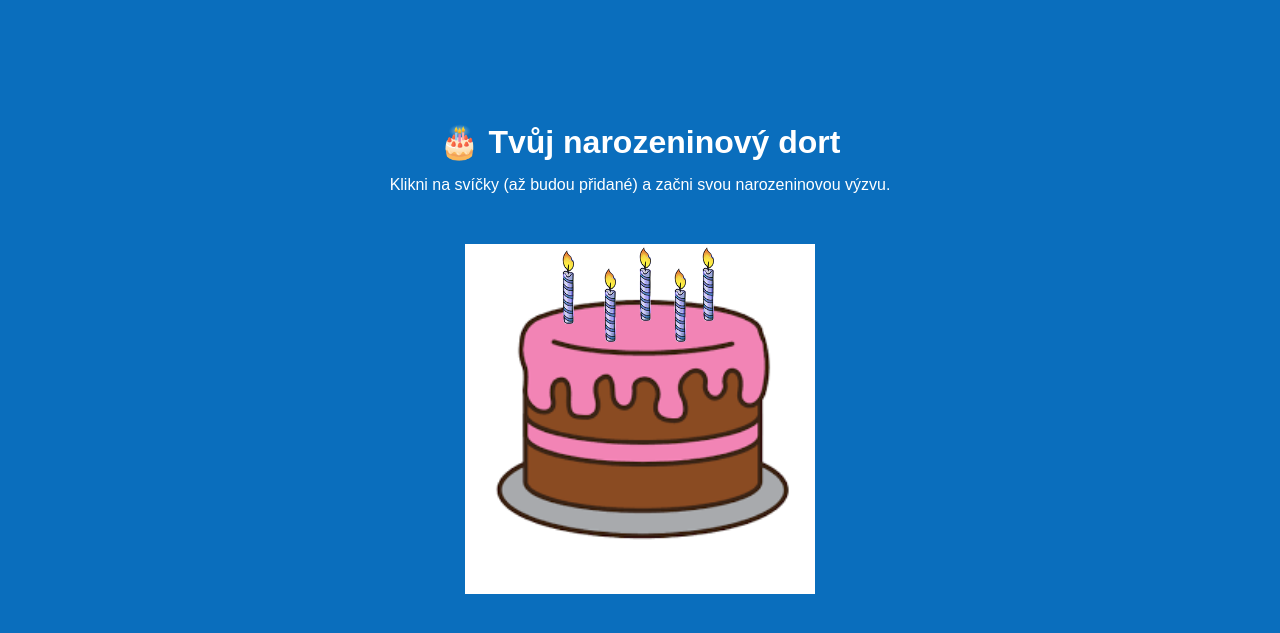
Repository: DanielMicka/darek
Page: cake.html
The author's editor kept a copy of each file at every save. The page is drawn from the files as they stood at one save, then again after the next save.
The browser window is 1280 px wide. The pictures show the whole page.

Above is the page before, as saved 2026-06-13 22:04:00.

### cake.html
<!DOCTYPE html>
<html lang="cs">

<head>
    <meta charset="UTF-8">
    <title>Dort 🎂</title>
    <link rel="stylesheet" href="styles.css">
</head>

<body>

    <div class="container fade">

        <h2>🎂 Tvůj narozeninový dort</h2>

        <p>Klikni na svíčky (až budou přidané) a začni svou narozeninovou výzvu.</p>

        <div class="cake-wrapper" style="margin-top: 50px;">
            <img src="cake.png" class="cake">

            <!-- Svíčka 1 -->
            <img src="svíčka_ende.png" class="candle c1" data-id="1">

            <!-- Svíčka 2 -->
            <img src="svíčka_ende.png" class="candle c2" data-id="2">

            <!-- Svíčka 3 -->
            <img src="svíčka_ende.png" class="candle c3" data-id="3">

            <!-- Svíčka 4 -->
            <img src="svíčka_ende.png" class="candle c4" data-id="4">

            <!-- Svíčka 5 -->
            <img src="svíčka_ende.png" class="candle c5" data-id="5">
        </div>

        <button id="wish-btn" class="btn" style="display:none; margin-top:30px;">
            Přáníčko 🎁
        </button>


    </div>




</body>
<script>
    document.getElementById("wish-btn").onclick = () => {
        window.location.href = "pranicko.html";
    };
    // Počet svíček
    const totalCandles = 5;

    // Propojení svíček s otázkami
    document.querySelectorAll(".candle").forEach(candle => {
        let id = candle.dataset.id;

        candle.onclick = () => {
            window.location.href = `q${id}.html`;
        };
    });

    // Po načtení stránky nastavíme sfouknuté svíčky
    for (let i = 1; i <= totalCandles; i++) {
        if (localStorage.getItem("candle" + i) === "true") {
            const c = document.querySelector(`.candle[data-id="${i}"]`);
            if (c) c.src = "svíčka-ohen.png"; // tvoje sfouknutá verze
        }
    }

    // Kontrola, zda jsou všechny hotové
    function checkAllDone() {
        let done = 0;

        for (let i = 1; i <= totalCandles; i++) {
            if (localStorage.getItem("candle" + i) === "true") {
                done++;
            }
        }

        if (done === totalCandles) {
            document.getElementById("wish-btn").style.display = "block";
        }
    }

    checkAllDone();
</script>


</html>

### styles.css
/* Reset */
* {
    margin: 0;
    padding: 0;
    box-sizing: border-box;
}

body {
    font-family: "Poppins", sans-serif;
    background: #0A6EBD; /* oceánově modrá */
    color: white; /* ať je text čitelný */
    display: flex;
    justify-content: center;
    align-items: center;
    min-height: 100vh;
    text-align: center;
    padding: 20px;
}
.answer {
    padding: 15px;
    background: rgba(255, 255, 255, 0.85); /* světlé, průhledné */
    color: #000; /* černý text */
    border-radius: 10px;
    cursor: pointer;
    transition: 0.2s;
}


/* Kontejner pro obsah */
.container {
    max-width: 700px;
    width: 100%;
}

/* Obrázky */
img {
    max-width: 100%;
    height: auto;
}

/* Tlačítko */
.btn {
    margin-top: 35px;
    padding: 15px 35px;
    font-size: 1.2rem;
    border: none;
    border-radius: 30px;
    background: #4aa3ff;
    color: white;
    cursor: pointer;
    transition: 0.3s;
}

.btn:hover {
    background: #1f8bff;
    transform: scale(1.05);
}

/* Nadpisy */
h1 {
    font-size: 2.6rem;
    margin-bottom: 15px;
}

h2 {
    font-size: 2rem;
    margin-bottom: 15px;
}

/* Animace */
@keyframes fadeIn {
    from { opacity: 0; transform: translateY(20px); }
    to   { opacity: 1; transform: translateY(0); }
}

.fade {
    animation: fadeIn 1.2s ease;
}
.cake-wrapper {
    position: relative;
    display: inline-block;
}

.cake {
    width: 350px;
}

/* Všechny svíčky */
.candle {
    position: absolute;
    width: 80px; /* upravíš podle obrázku */
    cursor: pointer;
}
/* Svíčka 1 */
.c1 {
    top: 1%;
    left: 18%;
}

/* Svíčka 2 */
.c2 {
    top: 0%;
    left: 40%;
}

/* Svíčka 3 */
.c3 {
    top: 0.1%;
    left: 58%;
}

/* Svíčka 4 */
.c4 {
    top: 6%;
    left: 30%;
}

/* Svíčka 5 */
.c5 {
    top: 6%;
    left: 50%;
}

After the next save:
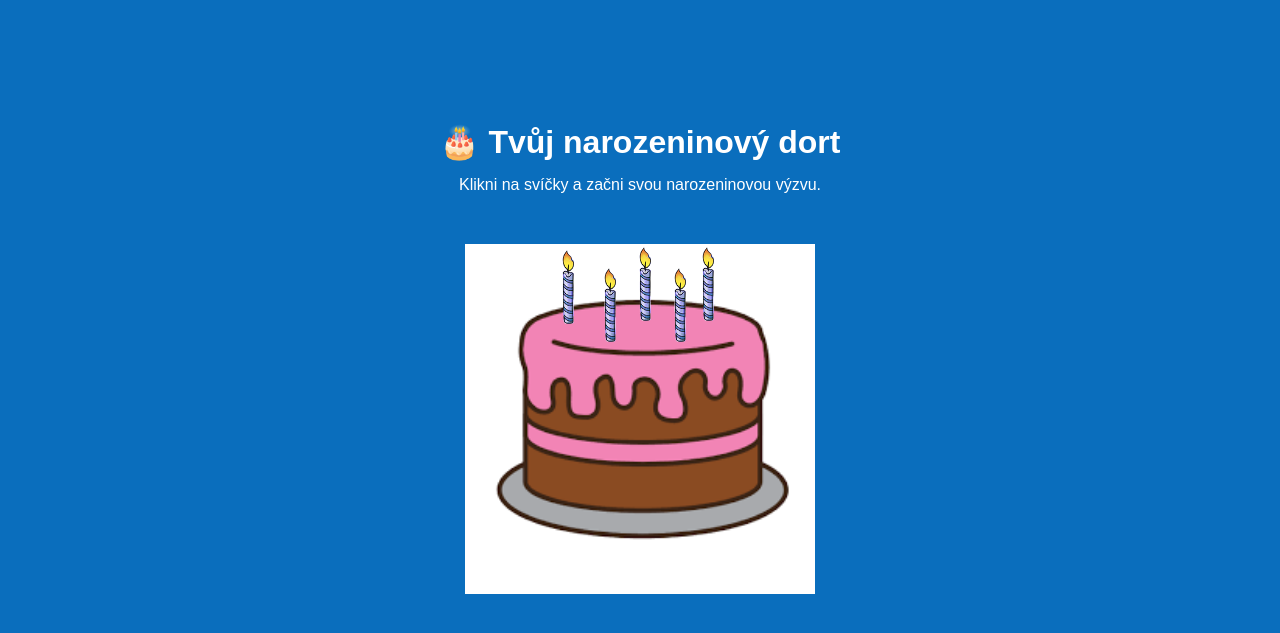
Saved 2 min 9 s later.
--- a/cake.html
+++ b/cake.html
@@ -13,7 +13,7 @@
 
         <h2>🎂 Tvůj narozeninový dort</h2>
 
-        <p>Klikni na svíčky (až budou přidané) a začni svou narozeninovou výzvu.</p>
+        <p>Klikni na svíčky a začni svou narozeninovou výzvu.</p>
 
         <div class="cake-wrapper" style="margin-top: 50px;">
             <img src="cake.png" class="cake">
